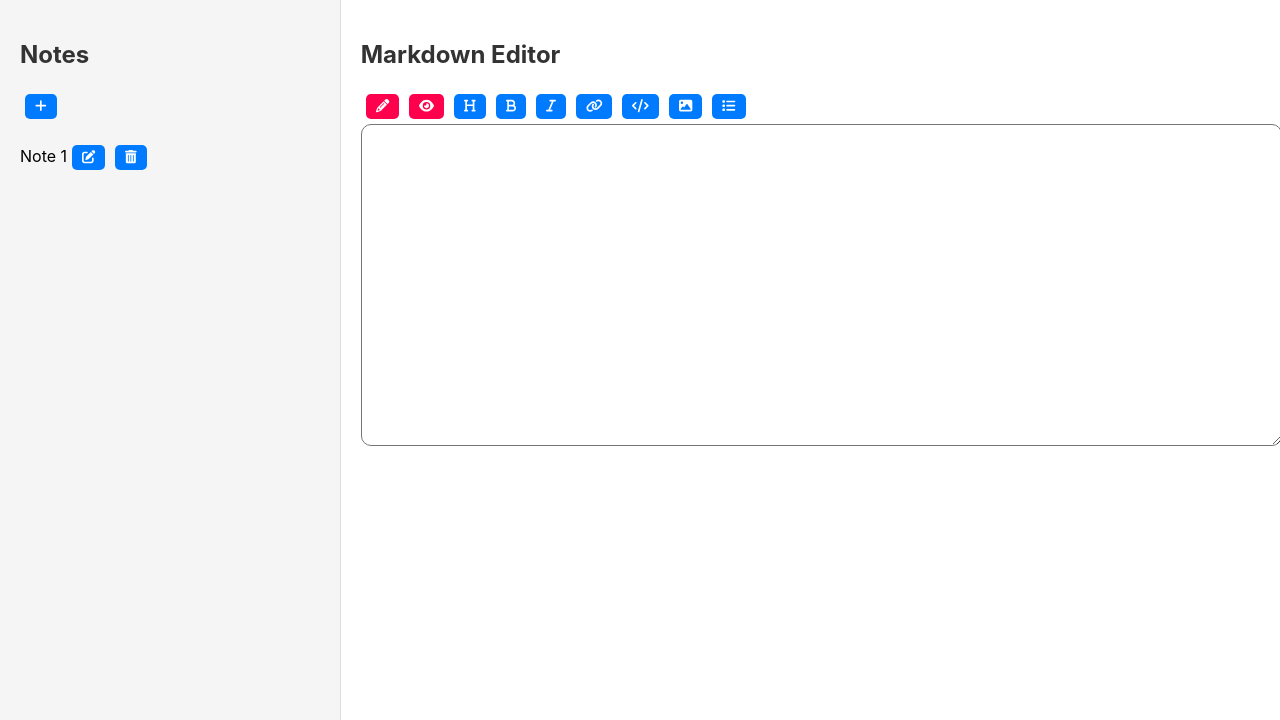
Repository: sriram1224/markdown_editor
Page: /
These files come from the project's save history. The page is drawn as it stood at one moment and after the next save; the edit follows.
The browser window is 1280 px wide. The pictures show the whole page.
The project was rebuilt for these pictures with package versions that can differ from the ones it lists, and the page was loaded fresh each time.

Above is the page before, as saved 2024-04-22 23:36:57.

### src/App.js
import "./App.css";
import MarkdownEditor from './Components/Markdown';
function App() {
  return (
    <div>
     <MarkdownEditor />
    </div>
  );
}

export default App;

### src/App.css
.container {
  display: flex;
  height: 100vh;
}

.notes-container {
  width: 25%;
  background-color: #f5f5f5;
  padding: 20px;
  border-right: 1px solid #ddd;
  overflow-y: auto;
}

.button-one{
  margin: 5px;
    padding: 5px 10px;
    border: none;
    border-radius: 5px;
    background-color: #ff004c;
    color: white;
    cursor: pointer;

}
.notes-container h2 {
  color: #333;
}

.notes-container ul {
  list-style-type: none;
  padding: 0;
}

.notes-container ul li {
  margin: 10px 0;
}

.markdown-container {
  width: 75%;
  background-color: #fff;
  padding: 20px;
  overflow-y: auto;
}

.markdown-container h2 {
  color: #333;
}

.markdown-container textarea {
  width: 100%;
  height: 300px;
  border-radius: 10px;
  padding: 10px;
  font-size: 16px;
}

.button {
  margin: 5px;
  padding: 5px 10px;
  border: none;
  border-radius: 5px;
  background-color: #007bff;
  color: white;
  cursor: pointer;
}

.button:hover {
  background-color: #0056b3;
}

### src/Components/Markdown.js
import React, { useState, useRef } from 'react';
import ReactMarkdown from 'react-markdown';
import { FontAwesomeIcon } from '@fortawesome/react-fontawesome';
import { faHeading, faBold, faItalic, faLink, faCode, faImage, faList, faEdit, faTrashAlt, faEye, faPencilAlt } from '@fortawesome/free-solid-svg-icons';
import { faPlus } from '@fortawesome/free-solid-svg-icons';


const MarkdownEditor = () => {
  const [notes, setNotes] = useState([{ id: 1, content: '' }]);
  const [currentNoteId, setCurrentNoteId] = useState(1);
  const [markdownContent, setMarkdownContent] = useState('');
  const [showEditor, setShowEditor] = useState(true);

  const textareaRef = useRef();

  const handleNoteAdd = () => {
    const newNoteId = (notes[notes.length - 1]?.id || 0) + 1;
    setNotes([...notes, { id: newNoteId, content: '' }]);
    setCurrentNoteId(newNoteId);
    setMarkdownContent('');
    setShowEditor(true);
  };

  const handleNoteChange = (id, content) => {
    const updatedNotes = notes.map((note) =>
      note.id === id ? { ...note, content } : note
    );
    setNotes(updatedNotes);
  };

  const handleEditorChange = (content) => {
    setMarkdownContent(content);
    handleNoteChange(currentNoteId, content);
  };

  const handleNoteClick = (id) => {
    const note = notes.find(note => note.id === id);
    if (note) {
      setCurrentNoteId(id);
      setMarkdownContent(note.content);
      setShowEditor(true);
    }
  };

  const handleMarkdownFeatureClick = (feature) => {
    const markdownSnippet = {
      heading: '# heading\n',
      bold: '**bold text**\n',
      italic: '*italic text*\n',
      link: '[link text](http://example.com)\n',
      code: '`code`\n',
      image: '![alt text](image.jpg)\n',
      list: '- list item\n',
    }[feature];

    const cursorPosition = textareaRef.current.selectionStart;
    const newMarkdownContent = [
      markdownContent.slice(0, cursorPosition),
      markdownSnippet,
      markdownContent.slice(cursorPosition),
    ].join('');

    setMarkdownContent(newMarkdownContent);
    handleNoteChange(currentNoteId, newMarkdownContent);
  };

  const handleNoteDelete = (id) => {
    setNotes(notes.filter(note => note.id !== id));
    if (id === currentNoteId) {
      setCurrentNoteId(null);
      setMarkdownContent('');
      setShowEditor(false);
    }
  };

  return (
    <div className="container">
      <div className="notes-container">
              <div>
              <h2>Notes</h2>
       <button className="button" onClick={handleNoteAdd}>
  <FontAwesomeIcon icon={faPlus} />
</button>

              </div><ul>
          {notes.map((note) => (
            <li key={note.id} onClick={() => handleNoteClick(note.id)}>
              Note {note.id}
              <button className="button" ><FontAwesomeIcon icon={faEdit} /></button>
              <button className="button" onClick={() => handleNoteDelete(note.id)}><FontAwesomeIcon icon={faTrashAlt} /></button>
            </li>
          ))}
        </ul>
      </div>
      <div className="markdown-container">
        <h2>Markdown Editor</h2>
              <div>
                  <button className="button-one" onClick={() => setShowEditor(true)}><FontAwesomeIcon icon={faPencilAlt} /></button>
          <button className="button-one" onClick={() => setShowEditor(false)}><FontAwesomeIcon icon={faEye} /></button>
          <button className="button" onClick={() => handleMarkdownFeatureClick('heading')}><FontAwesomeIcon icon={faHeading} /></button>
          <button className="button" onClick={() => handleMarkdownFeatureClick('bold')}><FontAwesomeIcon icon={faBold} /></button>
          <button className="button" onClick={() => handleMarkdownFeatureClick('italic')}><FontAwesomeIcon icon={faItalic} /></button>
          <button className="button" onClick={() => handleMarkdownFeatureClick('link')}><FontAwesomeIcon icon={faLink} /></button>
          <button className="button" onClick={() => handleMarkdownFeatureClick('code')}><FontAwesomeIcon icon={faCode} /></button>
          <button className="button" onClick={() => handleMarkdownFeatureClick('image')}><FontAwesomeIcon icon={faImage} /></button>
          <button className="button" onClick={() => handleMarkdownFeatureClick('list')}><FontAwesomeIcon icon={faList} /></button>


        </div>
        {showEditor ? (
          <textarea
            ref={textareaRef}
            value={markdownContent}
            onChange={(e) => handleEditorChange(e.target.value)}
            className="textarea"
          />
        ) : (
          <ReactMarkdown className="markdown-content">{markdownContent}</ReactMarkdown>
        )}
      </div>
    </div>
  );
};

export default MarkdownEditor;

Loaded but not shown: public/index.html (common file); src/index.js (common file); src/index.css (common file); src/reportWebVitals.js (common file)

After the next save:
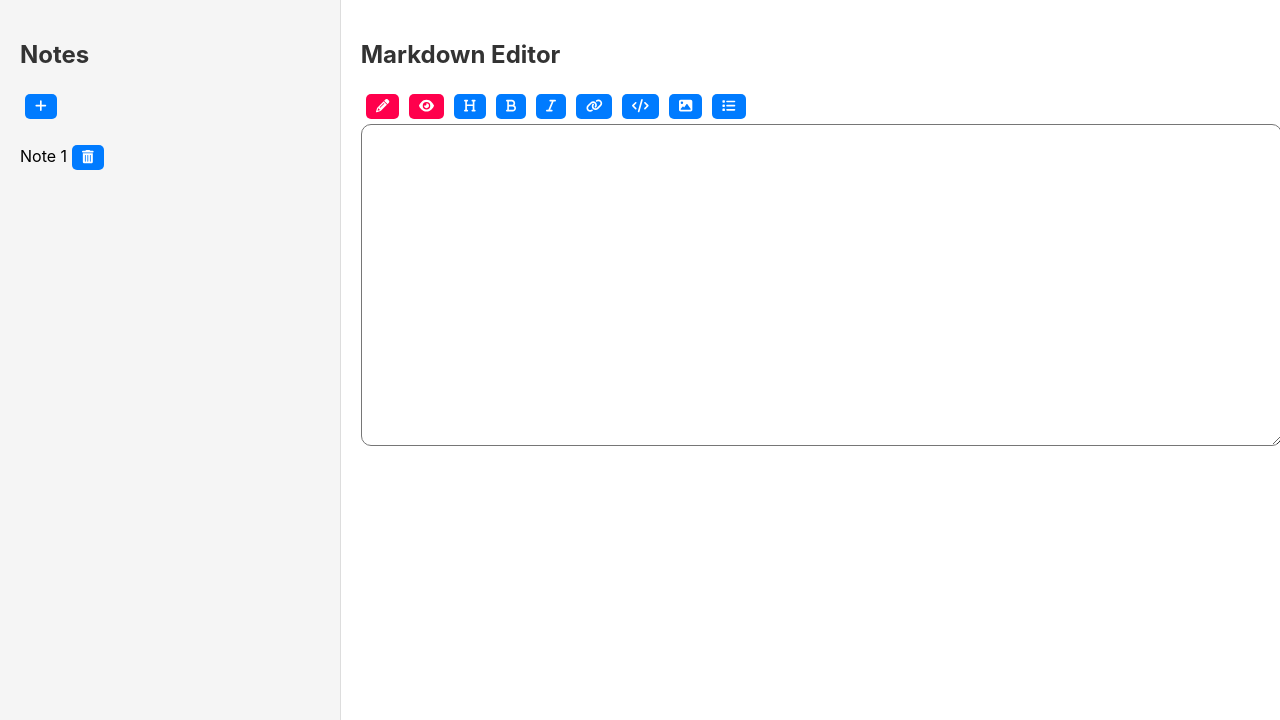
Saved 53 s later.
--- a/src/Components/Markdown.js
+++ b/src/Components/Markdown.js
@@ -86,7 +86,7 @@ const MarkdownEditor = () => {
           {notes.map((note) => (
             <li key={note.id} onClick={() => handleNoteClick(note.id)}>
               Note {note.id}
-              <button className="button" ><FontAwesomeIcon icon={faEdit} /></button>
+
               <button className="button" onClick={() => handleNoteDelete(note.id)}><FontAwesomeIcon icon={faTrashAlt} /></button>
             </li>
           ))}
